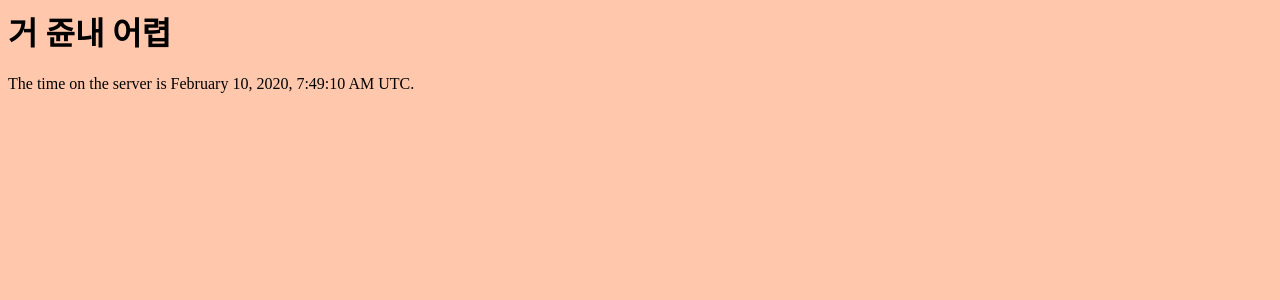
Repository: yoshicon/yoshino
Page: http://localhost/vavo/
An editor plug-in stored every save of this project. The page is shown before and after the next save, followed by the edit.
The browser window is 1280 px wide. The pictures show the whole page.
The page is served by Tomcat 9. Other server files are loaded and not shown. The template is opened directly, without the code that normally fills it, so the values that code supplies are empty.

Above is the page before, as saved 2020-02-10 08:34:30.

### vavo/src/main/webapp/WEB-INF/views/home.jsp
<%@ page language="java" contentType="text/html; charset=UTF-8" pageEncoding="UTF-8"%>
<%@ taglib uri="http://java.sun.com/jsp/jstl/core" prefix="c" %>
<%@ page session="false" %>
<html>
<head>
	<title>바보</title>
</head>
<body bgcolor="#ffc8ad">
<h1>
	거 쥰내 어렵
</h1>

<P>  The time on the server is ${serverTime}. </P>
</body>
</html>

After the next save:
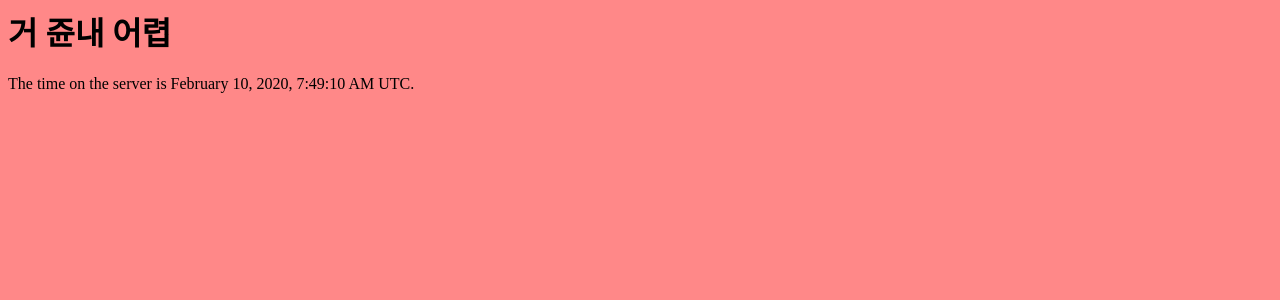
Saved 17 s later.
--- a/vavo/src/main/webapp/WEB-INF/views/home.jsp
+++ b/vavo/src/main/webapp/WEB-INF/views/home.jsp
@@ -5,7 +5,7 @@
 <head>
 	<title>바보</title>
 </head>
-<body bgcolor="#ffc8ad">
+<body bgcolor="#ff8888">
 <h1>
 	거 쥰내 어렵
 </h1>
